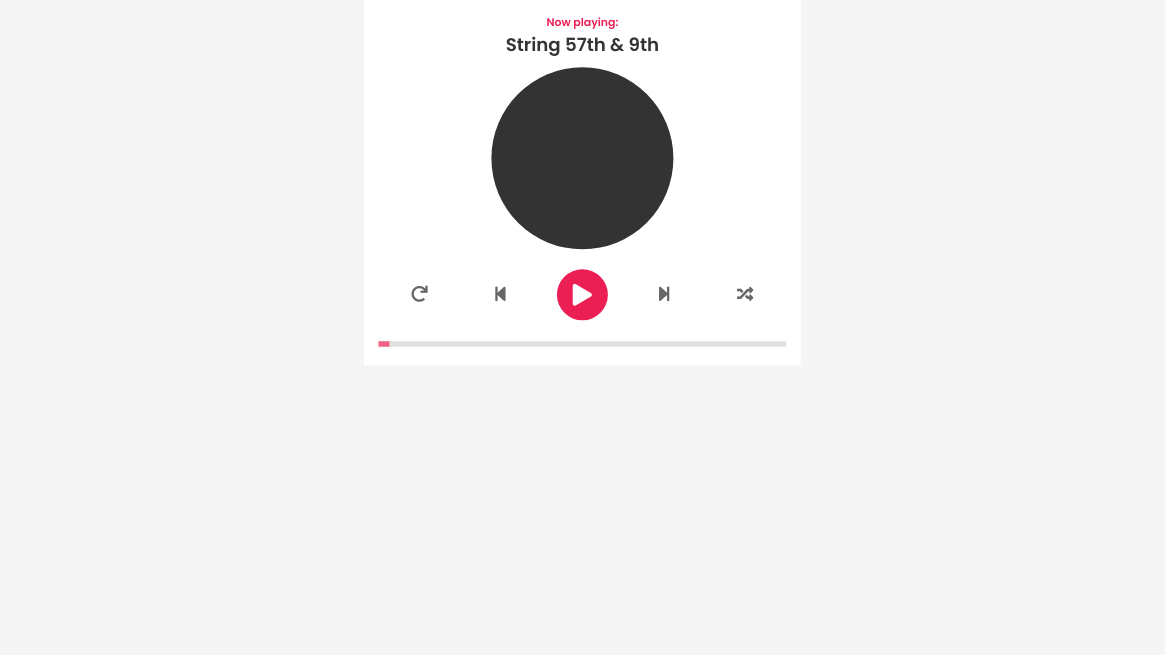
Repository: esplen74/Music
Page: music.html
The author's editor kept a copy of each file at every save. The page is drawn from the files as they stood at one save, then again after the next save.
The browser window is 1280 px wide. The pictures show the whole page, at 91% of full size.
Pictures or frames that could not be fetched are drawn as grey boxes.

Above is the page before, as saved 2021-11-06 09:52:18.
Console error: SyntaxError: Unexpected token '}'

After the next save:
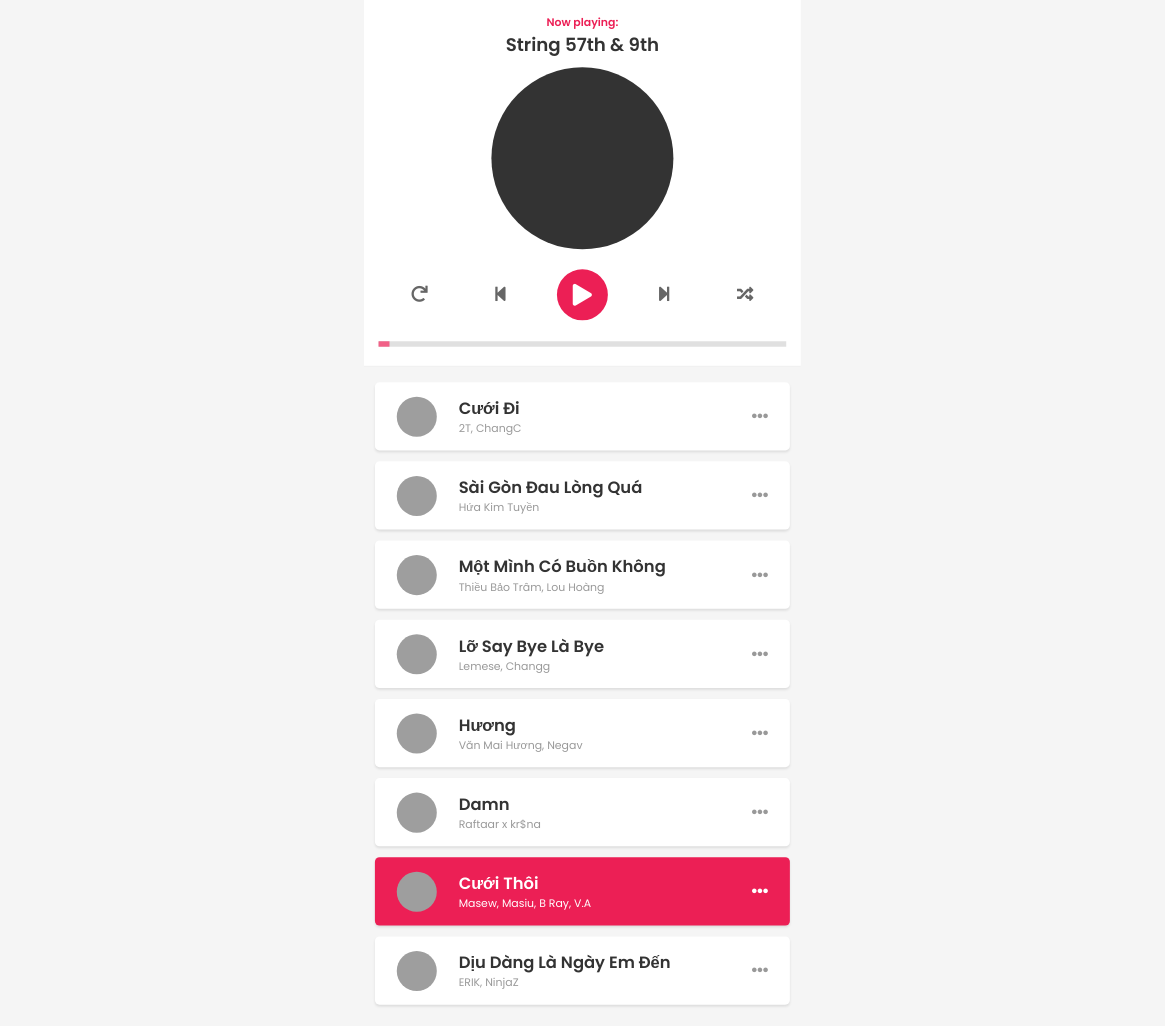
Console error: ReferenceError: Cd is not defined
Saved 23 s later.
--- a/music.js
+++ b/music.js
@@ -110,7 +110,7 @@
     window.onscroll = function() {
       const scrollTop = window.scrollY || document.documentElement.scrollTop;
       const cdWidth = cd.offsetWidth;
-      const newCdWidth =
+      const newCdWidth = Cd
     }
   },
   start: function () {

After the 5 saves that followed:
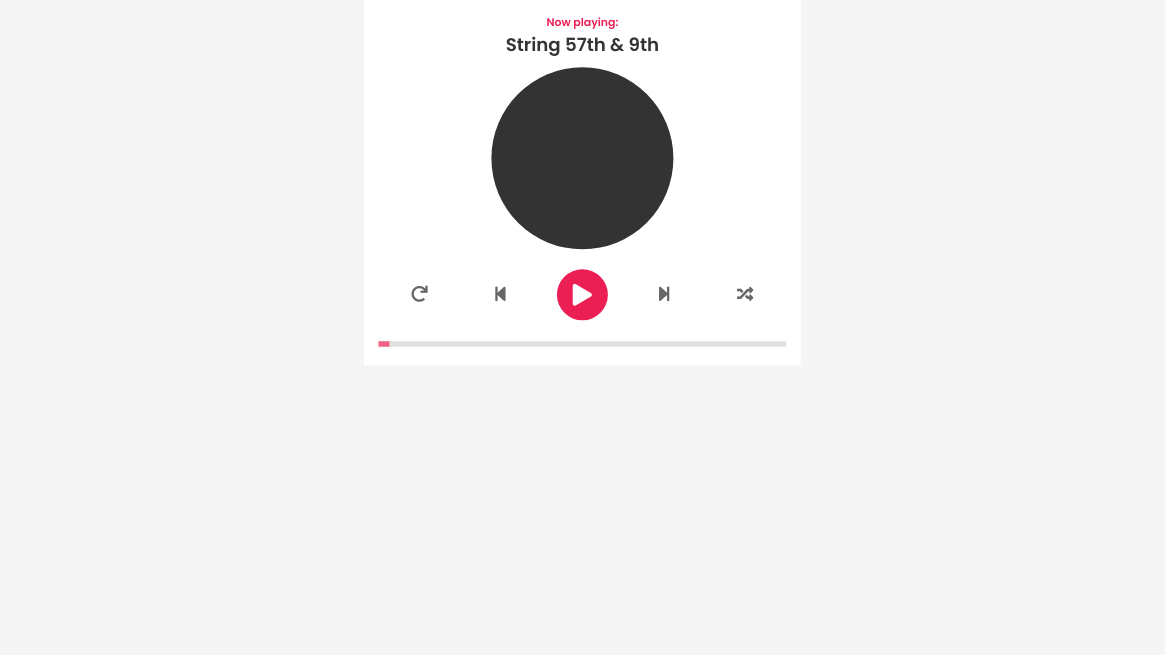
Console error: SyntaxError: Unexpected token '}'
The 5 saves are shown as one change because 3 left the picture as it was and some came seconds apart.
The last was saved 77 s later.
--- a/music.js
+++ b/music.js
@@ -110,7 +110,8 @@
     window.onscroll = function() {
       const scrollTop = window.scrollY || document.documentElement.scrollTop;
       const cdWidth = cd.offsetWidth;
-      const newCdWidth = Cd
+      const newCdWidth = cdWidth - scrollTop;
+      cd.style.
     }
   },
   start: function () {
